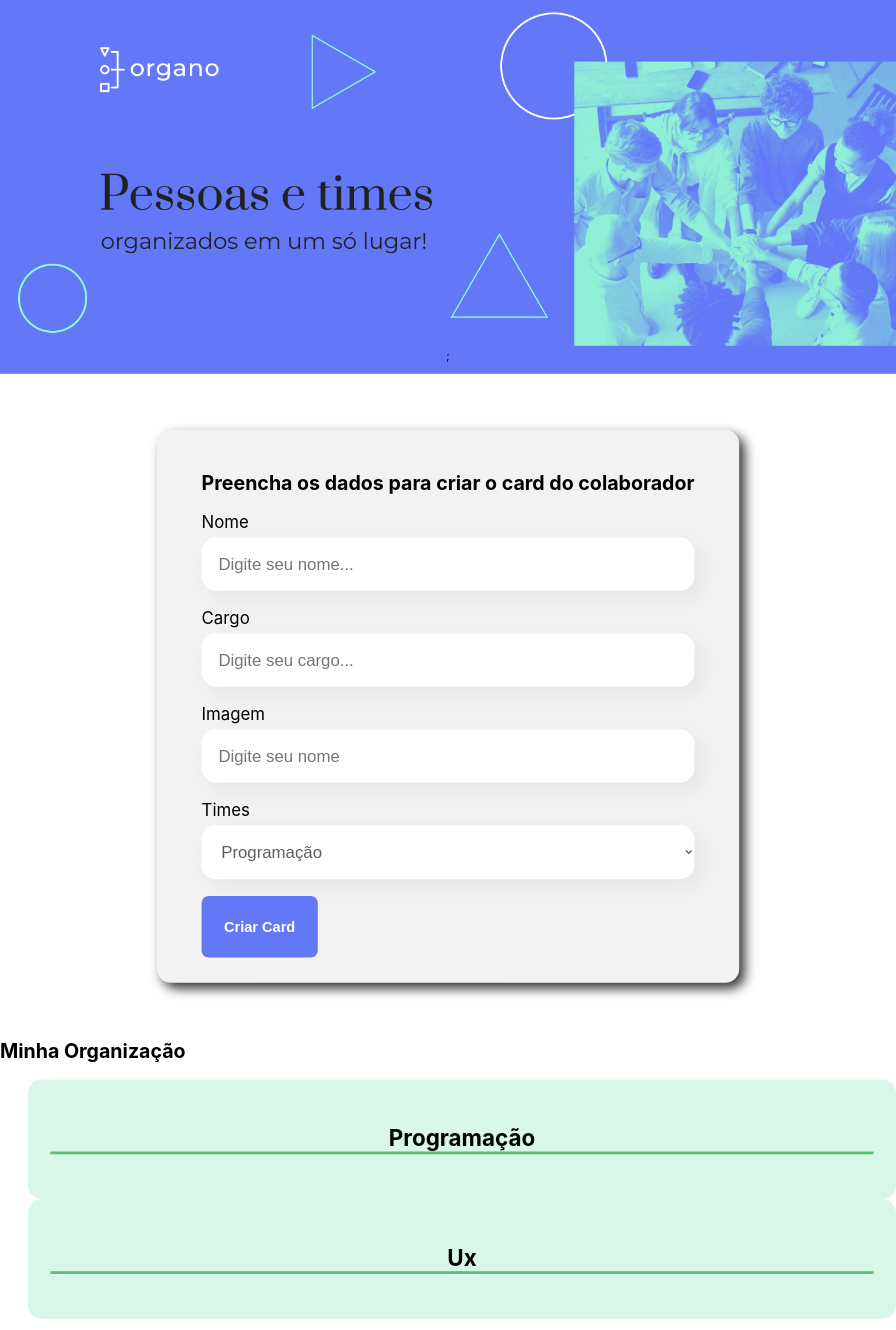
Repository: guilhermecardoso93/organo
Page: /
These files come from the project's save history. The page is drawn as it stood at one moment and after the next save; the edit follows.
The browser window is 1280 px wide. The pictures show the whole page, at 70% of full size.
The project was rebuilt for these pictures with package versions that can differ from the ones it lists, and the page was loaded fresh each time.

Above is the page before, as saved 2024-05-26 19:06:27.

After the next save:
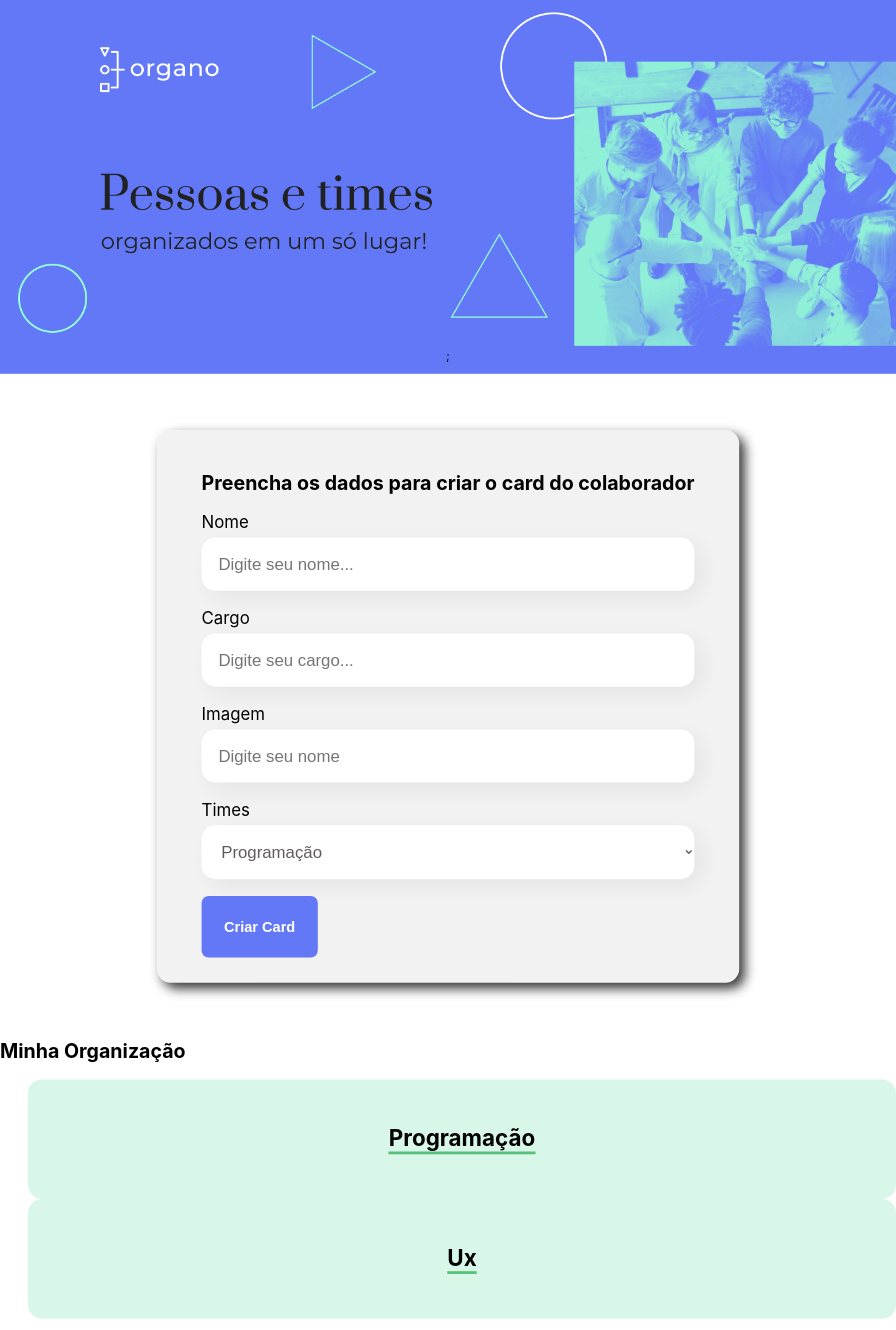
Saved 23 s later.
--- a/src/components/Times/components/Time/styles.css
+++ b/src/components/Times/components/Time/styles.css
@@ -8,4 +8,5 @@
 .time-container h3 {
   font-size: 2rem;
   border-bottom: 4px solid #57c278;
+  display: inline-block;
 }
